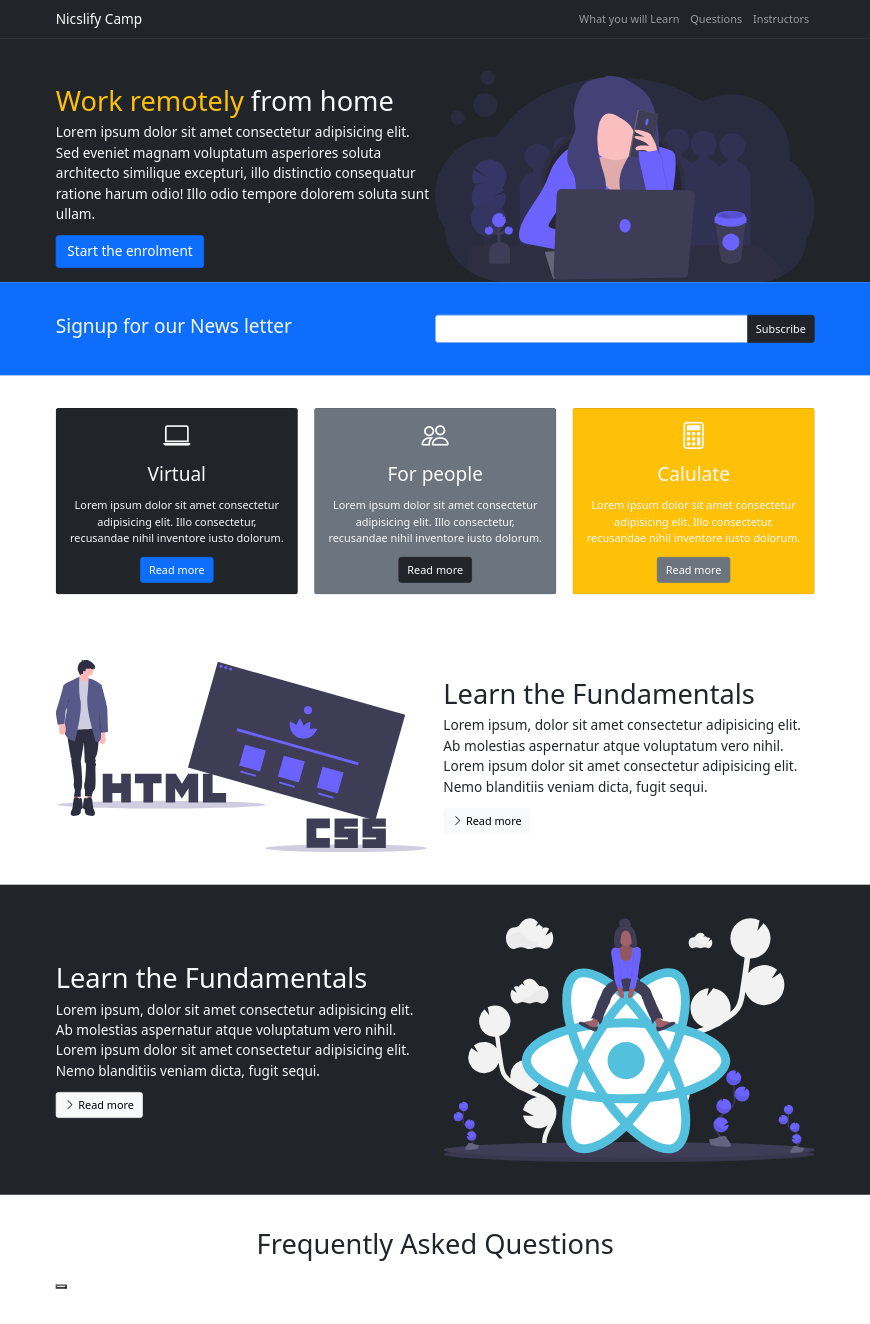
Repository: Eugene44-hub/enrollment-site
Page: index.html
These files come from the project's save history. The page is drawn as it stood at one moment and after a run of saves; the edit follows.
The browser window is 1280 px wide. The pictures show the whole page, at 68% of full size.
Some web libraries are served in a nearby version.

Above is the page before, as saved 2021-10-20 14:58:23.

### index.html
<!DOCTYPE html>
<html lang="en">

<head>
    <meta charset="UTF-8">
    <meta http-equiv="X-UA-Compatible" content="IE=edge">
    <meta name="viewport" content="width=device-width, initial-scale=1.0">
    <!-- CSS only -->
    <link href="https://cdn.jsdelivr.net/npm/bootstrap@5.1.3/dist/css/bootstrap.min.css" rel="stylesheet" integrity="sha384-1BmE4kWBq78iYhFldvKuhfTAU6auU8tT94WrHftjDbrCEXSU1oBoqyl2QvZ6jIW3" crossorigin="anonymous">
    <link rel="stylesheet" href="https://cdn.jsdelivr.net/npm/bootstrap-icons@1.6.1/font/bootstrap-icons.css">
    <link rel="stylesheet" href="style.css">
    <title>Bootstrap webpage</title>
</head>

<body>
    <!-- nav bar starts -->
    <nav class="navbar navbar-expand-md bg-dark navbar-dark">
        <div class="container">
            <a href="" class="navbar-brand">Nicslify Camp</a>

            <button class="navbar-toggler" type="button" data-bs-toggle='collapse' data-bs-target="#navmenu">
              <span class="navbar-toggler-icon"></span>
            </button>

            <div class="collapse navbar-collapse" id="navmenu">
                <ul class="navbar-nav ms-auto text-center text-sm-start">
                    <li class="nav-item">
                        <a href="#learn" class="nav-link">What you will Learn</a>
                    </li>
                    <li class="nav-item">
                        <a href="#" class="nav-link">Questions</a>
                    </li>
                    <li class="nav-item">
                        <a href="#" class="nav-link">Instructors</a>
                    </li>
                </ul>
            </div>
        </div>
    </nav>
    <!-- nav bar ends -->


    <!-- showCase starts -->
    <section class="bg-dark text-light text-center text-sm-start p-lg-0 pt-5 pb-5">
        <div class="container">
            <div class="d-md-flex pt-5 align-items-center">
                <div class="">
                    <div class="h1 "><span class="text-warning">Work remotely</span> from home</div>
                    <p class="lead">Lorem ipsum dolor sit amet consectetur adipisicing elit. Sed eveniet magnam voluptatum asperiores soluta architecto similique excepturi, illo distinctio consequatur ratione harum odio! Illo odio tempore dolorem soluta sunt ullam.</p>
                    <button class="btn btn-primary btn-lg ">Start the enrolment</button>
                </div>
                <img src="undraw_working_remotely_jh40.svg" class="img-fluid w-50 d-none d-md-block" alt="">
            </div>
        </div>
    </section>
    <!-- showCase ends -->

    <!-- signup starts -->
    <section class="bg-primary text-light p-5">
        <div class="container">
            <div class="d-md-flex justify-content-between">
                <p class="h3">Signup for our News letter</p>
                <div class="input-group" id="input-field">
                    <input type="text" class="form-control">
                    <button type="button" class="btn btn-dark">Subscribe</button>
                </div>
            </div>
        </div>
    </section>
    <!-- signup ends -->

    <!-- boxes starts -->
    <section class="my-5">
        <div class="container">
            <div class="row g-4">
                <div class="col-md">
                    <div class="card bg-dark text-center text-light ">
                        <div class="card-body">
                            <div class="h1 mb-3"><i class="bi bi-laptop"></i></div>
                            <div class="card-title h3 mb-3">Virtual</div>
                            <div class="card-text">
                                Lorem ipsum dolor sit amet consectetur adipisicing elit. Illo consectetur, recusandae nihil inventore iusto dolorum.
                            </div>
                            <a href="" class="btn btn-primary mt-3">Read more</a>
                        </div>
                    </div>


                </div>
                <div class="col-md">
                    <div class="card bg-secondary text-center text-light ">
                        <div class="card-body">
                            <div class="h1 mb-3"><i class="bi bi-people"></i></div>
                            <div class="card-title h3 mb-3">For people</div>
                            <div class="card-text">
                                Lorem ipsum dolor sit amet consectetur adipisicing elit. Illo consectetur, recusandae nihil inventore iusto dolorum.
                            </div>
                            <a href="" class="btn btn-dark mt-3">Read more</a>
                        </div>
                    </div>
                </div>
                <div class="col-md">
                    <div class="card bg-warning text-center text-light ">
                        <div class="card-body">
                            <div class="h1 mb-3"><i class="bi bi-calculator"></i></div>
                            <div class="card-title h3 mb-3">Calulate</div>
                            <div class="card-text">
                                Lorem ipsum dolor sit amet consectetur adipisicing elit. Illo consectetur, recusandae nihil inventore iusto dolorum.
                            </div>
                            <a href="" class="btn btn-secondary mt-3">Read more</a>
                        </div>
                    </div>
                </div>
            </div>
        </div>
    </section>
    <!-- boxes starts -->

    <!-- learn section starts -->
    <section class="p-5" id=learn>
        <div class="container">
            <div class="row align-items-center">

                <div class="col-md">
                    <img src=" frontend.svg " class="img-fluid">
                </div>



                <div class="col-md mt-5 mt-md-0 ">
                    <h1>Learn the Fundamentals</h1>
                    <p class="lead ">
                        Lorem ipsum, dolor sit amet consectetur adipisicing elit. Ab molestias aspernatur atque voluptatum vero nihil. <br> Lorem ipsum dolor sit amet consectetur adipisicing elit. Nemo blanditiis veniam dicta, fugit sequi.
                    </p>
                    <a href=# class="btn btn-light"><i class="bi bi-chevron-right"></i> Read more</a>
                </div>
            </div>
        </div>
    </section>

    <section class="p-5 bg-dark text-light" id=learn>
        <div class="container">
            <div class="row align-items-center">

                <div class="col-md">
                    <h1>Learn the Fundamentals</h1>
                    <p class="lead ">
                        Lorem ipsum, dolor sit amet consectetur adipisicing elit. Ab molestias aspernatur atque voluptatum vero nihil. <br> Lorem ipsum dolor sit amet consectetur adipisicing elit. Nemo blanditiis veniam dicta, fugit sequi.
                    </p>
                    <a href=# class="btn btn-light"><i class="bi bi-chevron-right"></i> Read more</a>
                </div>

                <div class="col-md   mt-5 mt-md-0 ">
                    <img src=" react.svg " class="img-fluid">
                </div>
            </div>
        </div>
    </section>
    <!-- learn section ends -->

    <!-- Questions starts -->
    <section class="p-5">
        <div class="container">
            <h1 class="text-center">Frequently Asked Questions</h1>

            <div class="accordion">
                <h2 class="accordion-header">
                    <button type="button" data-bs-toggle="collapse" data-bs-target="questionOne">

                    </button>
                </h2>
            </div>
        </div>

    </section>
    <!-- Questions ends -->

</body>
<!-- JavaScript Bundle with Popper -->
<script src="https://cdn.jsdelivr.net/npm/bootstrap@5.1.3/dist/js/bootstrap.bundle.min.js " integrity="sha384-ka7Sk0Gln4gmtz2MlQnikT1wXgYsOg+OMhuP+IlRH9sENBO0LRn5q+8nbTov4+1p " crossorigin="anonymous "></script>

</html>

### style.css
@media screen and (min-width:768px) {
    #input-field {
        width: 50%;
    }
}

After the next 2 saves:
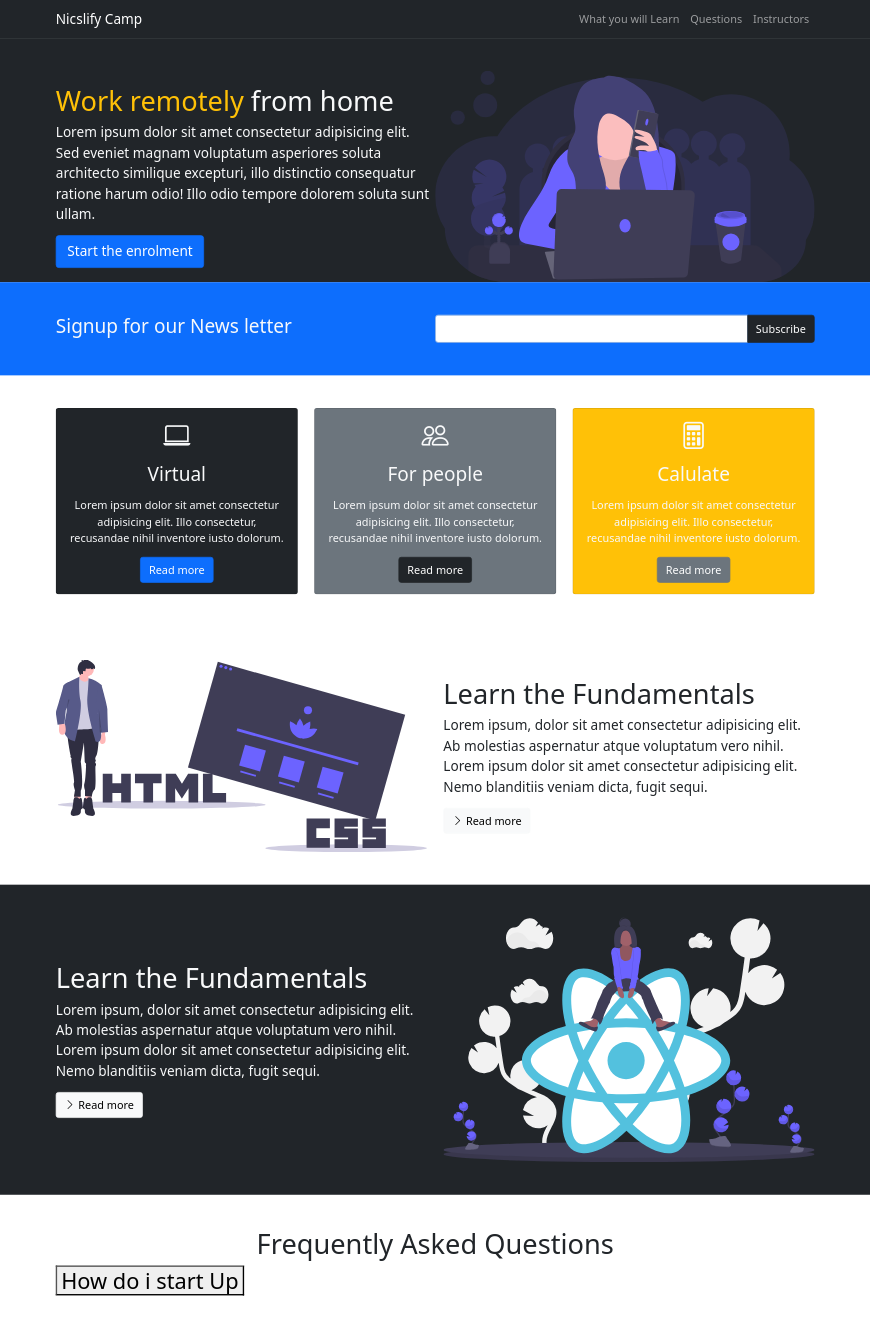
The 2 saves are shown as one change because they came seconds apart.
The last was saved 13 s later.
--- a/index.html
+++ b/index.html
@@ -166,7 +166,7 @@
             <div class="accordion">
                 <h2 class="accordion-header">
                     <button type="button" data-bs-toggle="collapse" data-bs-target="questionOne">
-
+                        How do i start Up
                     </button>
                 </h2>
             </div>
